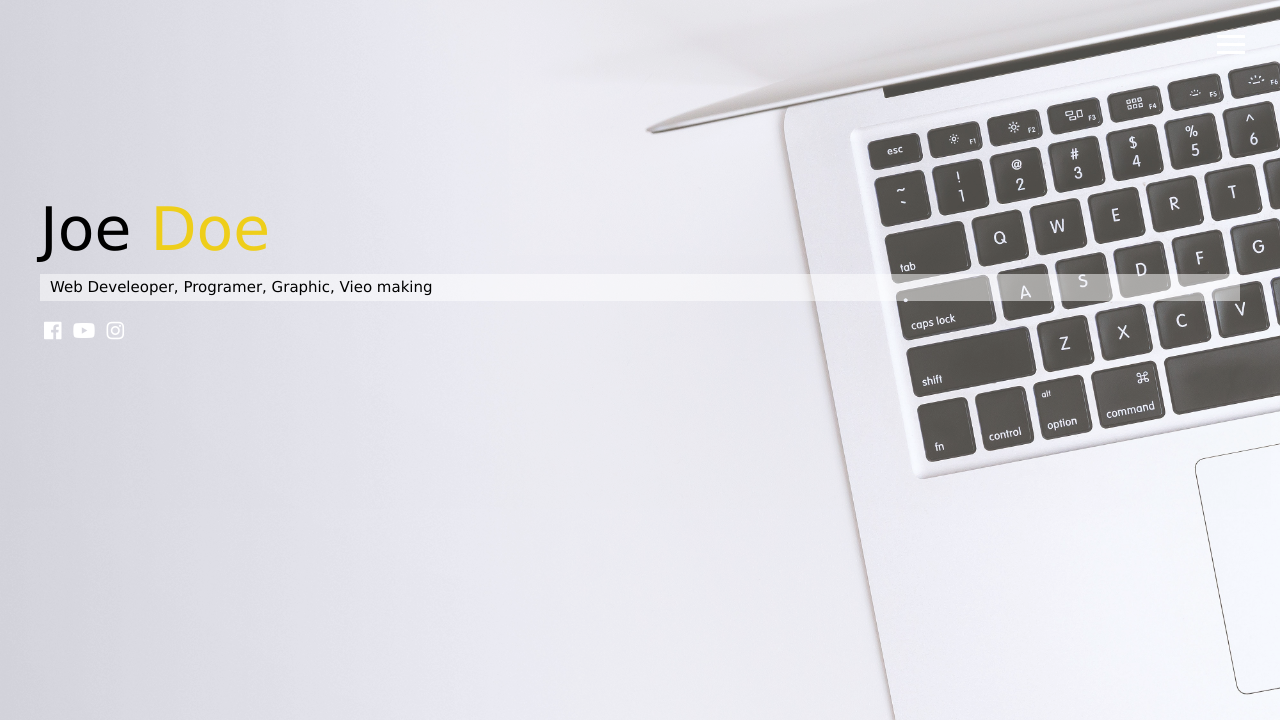
Repository: Zudoshi/morden-portfolio-test
Page: dist/index.html
An editor plug-in stored every save of this project. The page is shown before and after the next save, followed by the edit.
The browser window is 1280 px wide. The pictures show the whole page.
Some web libraries are served in a nearby version. The style sheet was rebuilt from its Sass, Less or Tailwind sources for each picture, by a compiler version that may differ from the author's.

Above is the page before, as saved 2019-12-30 00:07:59.

### dist/index.html
<!DOCTYPE html>
<html lang="en">

<head>
  <meta charset="UTF-8" />
  <meta name="viewport" content="width=device-width, initial-scale=1.0" />
  <meta http-equiv="X-UA-Compatible" content="ie=edge" />
  <link rel="stylesheet" href="https://use.fontawesome.com/releases/v5.2.0/css/all.css"
    integrity="sha384-hWVjflwFxL6sNzntih27bfxkr27PmbbK/iSvJ+a4+0owXq79v+;sFlW54b0GbiDO" crossorigin="anonymus" />
  <title>Custom line</title>
  <link rel="stylesheet" href="css/main.css" />
</head>

<body id="bg-img">
  <header>
    <div class="menu-btn">
      <div class="btn-line"></div>
      <div class="btn-line"></div>
      <div class="btn-line"></div>
    </div>

    <nav class="menu">
      <div class="menu-branding">
        <div class="portrait"></div>
      </div>
      <ul class="menu-nav">
        <li class="nav-item current">
          <a href="/" class="nav-link">Home</a>
        </li>
        <li class="nav-item">
          <a href="/about.html" class="nav-link">About me</a>
        </li>
        <li class="nav-item">
          <a href="/work.html" class="nav-link">My work</a>
        </li>
        <li class="nav-item">
          <a href="/contant.html" class="nav-link">Kontakt</a>
        </li>
      </ul>
    </nav>
  </header>
  <main id="home">
    <h1 class="lg-heading">Joe <span class="text-secondary">Doe</span></h1>
    <h2 class="sm-heading">
      Web Develeoper, Programer, Graphic, Vieo making
    </h2>
    <div class="icons">
      <a href="#!">
        <i class="fab fa-facebook fa-2x"></i>
      </a>
      <a href="#!">
        <i class="fab fa-youtube fa-2x"></i>
      </a>
      <a href="#!">
        <i class="fab fa-instagram fa-2x"></i>
      </a>
    </div>
  </main>

  <script src="/dist/js/mian.js"></script>
</body>

</html>

### dist/js/mian.js
// Select DOM Items
const menuBtn = document.querySelector('.menu-btn');
const menu = document.querySelector('.menu');
const menuNav = document.querySelector('.menu-nav');
const menuBranding = document.querySelector('.menu-branding');
const navItems = document.querySelectorAll('.nav-item');


//set Initail Stat of menu

let showMenu = false;

menuBtn.addEventListener('click', toggleMenu);

function toggleMenu() {
    if (!showMenu) {
        menuBtn.classList.add('close');
        menu.classList.add('show');
        menuNav.classList.add('show');
        menuBranding.classList.add('show');
        navItems.forEach(item => item.classList.add('show'));

        //set Menu State
        showMenu = true;
    } else {
        menuBtn.classList.remove('close');
        menu.classList.remove('show');
        menuNav.classList.remove('show');
        menuBranding.classList.remove('show');
        navItems.forEach(item => item.classList.remove('show'));

        //set Menu State
        showMenu = false;
    }
}

### SCSS/main.scss
@import 'config';
@import 'menu';
@import 'moblie';

html {
    font-size: 10px;
}

* {
    box-sizing: border-box;
}

body {
    @include background();
    background: $primary-color;
    color: set-text-color($primary-color);
    height: 100%;
    margin: 0;
    font-family: Verdana, Geneva, Tahoma, sans-serif;
    line-height: 1.5;
}

// headding
h1,
h2,
h3 {
    margin: 0;
    font-weight: 400;

    &.lg-heading {
        font-size: 6rem;
    }

    &.sm-heading {
        margin-bottom: 2rem;
        padding: 0.2rem 1rem;
        background: rgba(lighten($primary-color, 2), 0.5);
    }
}

a {
    color: #fff;
    text-decoration: none;
}

header {
    position: fixed;
    z-index: 2;
    width: 100%;
}

.text-secondary {
    color: $secondary-color;
}

main {
    padding: 4rem;
    height: 100%;

    .icons {
        margin-top: 1rem;

        a {
            padding: 0.4rem;

            &:hover {
                color: $secondary-color;
                @include easeOut();
            }
        }
    }

    &#home {
        overflow: hidden;

        h1 {
            margin-top: 20vh;
        }
    }
}

### SCSS/_config.scss
$primary-color: #fff;
$secondary-color: #eece1a;
$show-home-image: true;
$home-image: url(../img/home.jpg);
$background-opacity: 0.2;

@mixin easeOut {
    transition: all 0.5s ease-out;
}

@mixin background {
    @if $show-home-image {
        &#bg-img {
            background: $home-image;
            background-attachment: fixed;
            background-size: cover;

            &:after {
                content: '';
                position: absolute;
                top: 0;
                right: 0;
                width: 100%;
                height: 100%;
                z-index: -1;
                background: rgba($primary-color, $background-opacity);
            }
        }
    }
}

//Set text clolor
@function set-text-color($color) {
    @if (lightness($color) > 40) {
        @return #000;
    }

    @else {
        @return #fff;
    }
}


// Media Query Mixins
@mixin mediaSm {
    @media screen and (max-width: 500px) {
        @content;
    }
}

@mixin mediaMd {
    @media screen and (max-width: 768px) {
        @content;
    }
}

@mixin mediaLg {
    @media screen and (min-width: 769px) and (max-width: 1170px) {
        @content;
    }
}

@mixin mediaXl {
    @media screen and (min-width: 1171px) {
        @content;
    }
}

### SCSS/_menu.scss
// Menu Button
.menu-btn {
    position: absolute;
    z-index: 3;
    right: 35px;
    top: 35px;
    cursor: pointer;
    @include easeOut;

    .btn-line {
        width: 28px;
        height: 3px;
        margin: 0 0 5px 0;
        background: #fff;
        @include easeOut;
    }

    // Rorate Into X With menu Lines

    &.close {
        transform: rotate(180deg);

        .btn-line {

            // Line 1 - rotate
            &:nth-child(1) {
                transform: rotate(45deg) translate(5px, 5px);
            }

            // Line 2 - rotate
            &:nth-child(2) {
                opacity: 0;
            }

            // Line 3 - rotate
            &:nth-child(3) {
                transform: rotate(-45deg) translate(7px, -6px);
            }
        }
    }
}

// Menu Overlay

.menu {
    position: fixed;
    top: 0;
    width: 100%;
    opacity: 0.8;
    visibility: hidden;

    &.show {
        visibility: visible;
    }

    &-branding,
    &-nav {
        display: flex;
        flex-flow: column wrap;
        align-items: center;
        justify-content: center;
        float: left;
        width: 50%;
        height: 100vh;
        overflow: hidden;
    }

    &-nav {
        margin: 0;
        padding: 0;
        background: darken($primary-color, 5);
        list-style: none;
        transform: translate3d(0, -100%, 0);
        @include easeOut;

        &.show {
            // slide in form top
            transform: translate3d(0, 0, 0);
        }
    }

    // Branding Side
    &-branding {
        background: $primary-color;
        @include easeOut;
        transform: translate3d(0, 100%, 0);

        &.show {
            // slide in form top
            transform: translate3d(0, 0, 0);
        }

        .portrait {
            width: 250px;
            height: 250px;
            background: url(../img/photo.jpg);
            background-size: contain;
            border-radius: 50%;
            border: solid 3px $secondary-color;
        }
    }

    .nav-item {
        transform: translate3d(600px, 0, 0);
        @include easeOut;

        &.show {
            // slide in form right
            transform: translate3d(0, 0, 0);
        }

        &.current>a {
            color: $secondary-color;
        }
    }

    .nav-link {
        display: inline-block;
        position: relative;
        font-size: 30px;
        text-transform: uppercase;
        padding: 1rem 0;
        font-weight: 300;
        color: #fff;
        text-decoration: none;
        @include easeOut;

        &:hover {
            color: $secondary-color;
        }
    }

}

// Delay each nav item slide by 0.1s
@for $x from 1 through 4 {
    .nav-item:nth-child(#{$x}) {
        transition-delay: $x * 0.1s;
    }
}

### SCSS/_moblie.scss
// Widescreens
@include mediaXl {}

// Desktpos & Laptops
@include mediaLg {}

// Tablests & Small Laptops
@include mediaMd {
    main {
        align-items: center;
        text-align: center;

        .lg-heading {
            line-height: 1;
            margin-bottom: 1rem;
        }
    }

    ul.menu-nav,
    div.menu-branding {
        float: none;
        width: 100%;

        &.show {
            transform: translate3d(0, 0, 0);
        }
    }

    .menu-nav {
        height: 75vh;
        transform: translate3d(-100%, 0, 0);
        font-size: 24px;
    }

    .menu-branding {
        height: 25vh;
        transform: translate3d(100%, 0, 0);


        .portrait {
            background: url(../img/small.JPG);
            width: 150px;
            height: 150px;
        }
    }

}

// Smatphones
@include mediaSm {
    main#home h1 {
        margin-top: 10vh;
        min-height: 0;
    }
}

After the next save:
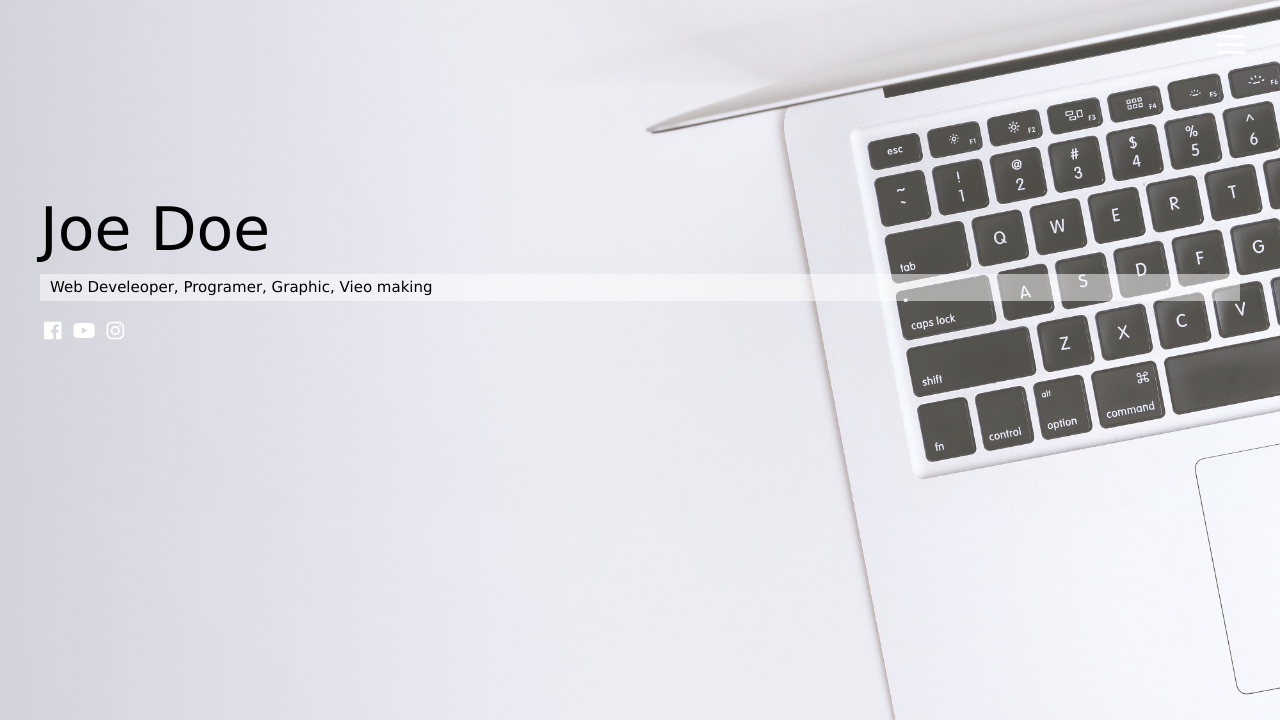
Saved 22 s later.
--- a/SCSS/_config.scss
+++ b/SCSS/_config.scss
@@ -1,5 +1,5 @@
 $primary-color: #fff;
-$secondary-color: #eece1a;
+$secondary-color: #edawa;
 $show-home-image: true;
 $home-image: url(../img/home.jpg);
 $background-opacity: 0.2;
